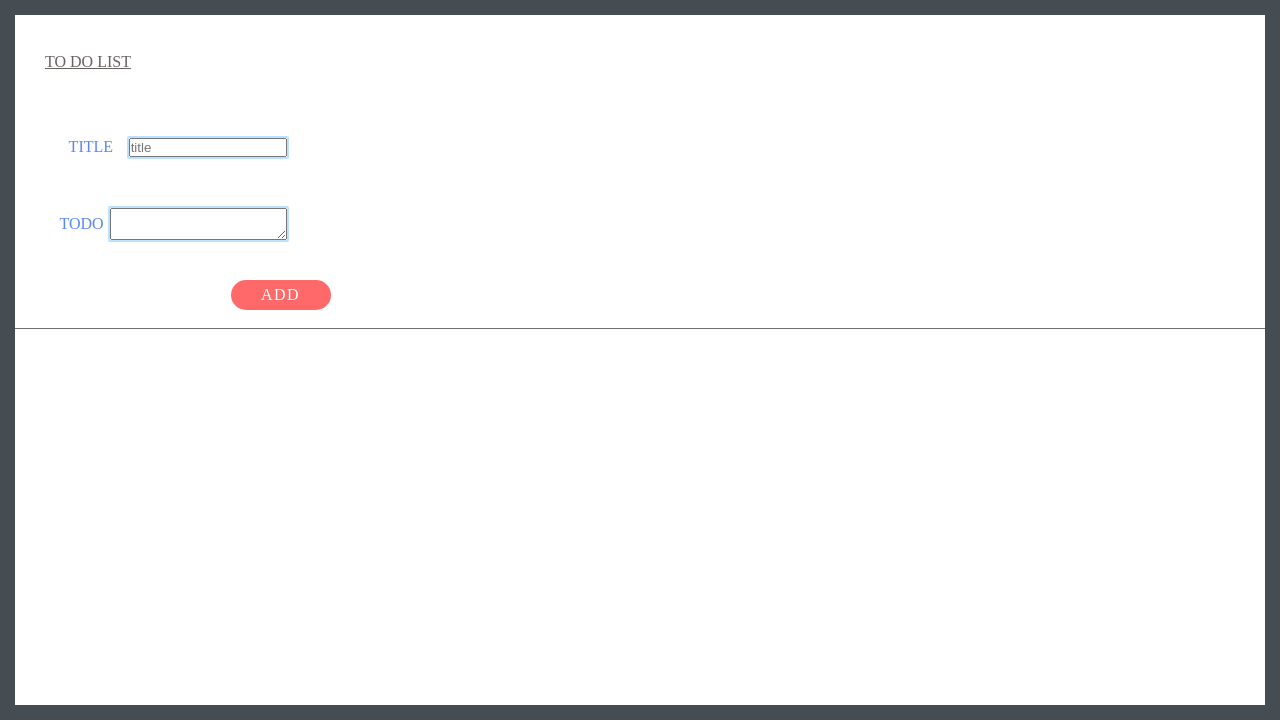
Repository: NagataRyuji0630/shinjin-otameshi
Page: todo_white_board.html
These files come from the project's save history. The page is drawn as it stood at one moment and after the next save; the edit follows.
The browser window is 1280 px wide. The pictures show the whole page.

Above is the page before, as saved 2020-06-11 23:11:56.
Not found: todoWhiteBoard.js

### todo_white_board.html
<!DOCTYPE html>
<html lang="ja">

<head>
    <meta charset="UTF-8">
    <meta name="viewport" content="width=device-width, initial-scale=1.0">
    <meta http-equiv="X-UA-Compatible" content="ie=edge">
    <link rel="stylesheet" href="./todo_white_board.css">
    <script src="./constants.js"></script>
    <script src="./domAction.js"></script>
    <script src="./todoWhiteBoard.js"></script>
    <title>Todo White Board</title>
</head>

<body>
    <div class="white_board display_flex_justify direction_colum">

        <div id="board_title_container" class="display_flex_align">
            <div id="board_title">TO DO LIST</div>
        </div>

        <div id="form_container" class="display_flex_justify direction_colum">

            <div class="input_content display_flex_all direction_row">
                <div class="input_title display_flex_all">TITLE</div>
                <div class="blue_form display_flex_all">
                    <input id="todo_title" type="text" placeholder="title" />
                </div>
            </div>

            <div class="input_content display_flex_all direction_row">
                <div class="input_title display_flex_all">TODO</div>
                <div class="blue_form display_flex_all">
                    <textarea id="todo_detail"></textarea>
                </div>

            </div>

            <div id="btn_container" class="display_flex_align">
                <div class="btn red_btn display_flex_all" id="todo_add_btn">
                    <div class="btn_text">ADD</div>
                </div>
            </div>
        </div>

        <div id="todo_list_container"></div>
    </div>
</body>

</html>

### todo_white_board.css
* {
    margin: 0px;
    padding: 0px;
    box-sizing: border-box;
}

body, html {
    width: 100%;
    height: 100%;
    font-size: 16px;
    overflow-x: hidden;
}

.display_flex_all {
    display: flex;
    justify-content: center;
    align-items: center;
}

.display_flex_justify {
    display: flex;
    justify-content: center;
}

.display_flex_align {
    display: flex;
    align-items: center;
}

.direction_colum {
    flex-direction: column;
}

.direction_row {
    flex-direction: row;
}

.white_board {
    width: 100%;
    height: 100%;
    border: 15px solid #454D53;
}

#board_title_container {
    width: auto;
    height: 15%;
    padding-left: 30px;
}

#board_title {
    text-align: center;
    text-decoration: underline;
    font: Bold 50px;
    letter-spacing: 0px;
    color: #696060;
}

#form_container {
    width: 100%;
    height: 35%;
    padding: 0px 40px;
    border-bottom: 1px solid #707070;
}

.input_content {
    width: 20%;
    height: 35%;
}

.input_title {
    width: 35%;
    height: 100%;
    text-align: center;
    font: Bold 20px;
    letter-spacing: 0px;
    color: #5887F9;
}

.blue_form {
    background: #F1F9FF 0% 0% no-repeat padding-box;
    border: 2px solid #BCE0FD;
    border-radius: 2px;
}

#todo_title {
    text-align: left;
    width: 100%;
    height: 100%;
}

#todo_detail {
    text-align: left;
    font: Bold 20px;
    letter-spacing: 0px;
    color: #5887F9;
}

#btn_container {
    width: 100%;
    height: 30%;
}

.btn {
    width: 100px;
    height: 30px;
    border-radius: 24px;
}

.red_btn {
    background-color: #FF6969;
}

#todo_add_btn {
    position: relative;
    left: 15%
}

.btn_text {
    text-align: center;
    font: Bold 24px;
    letter-spacing: 1.44px;
    color: #FFFFFF;
}

#todo_list_container {
    width: 100%;
    height: 60%;
}

Loaded but not shown: constants.js (no stored copy; drawn as an empty file); domAction.js (no stored copy; drawn as an empty file)

After the next save:
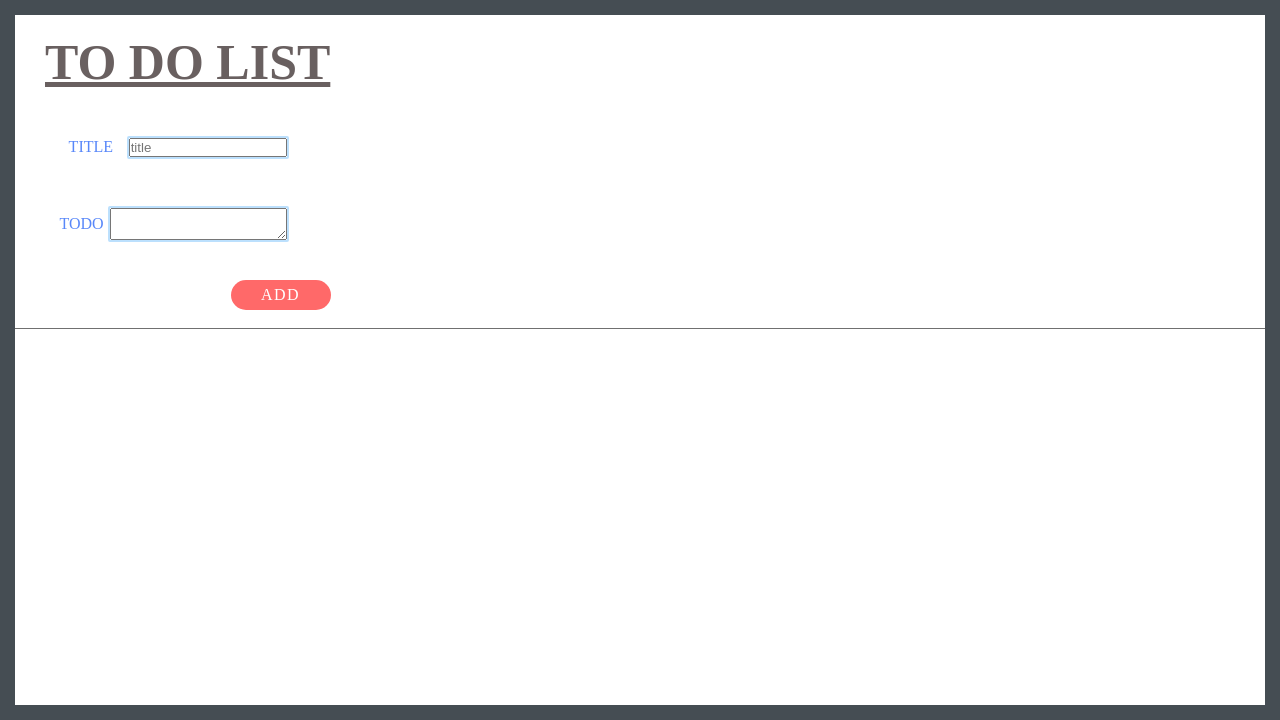
Saved 94 s later.
--- a/todo_white_board.css
+++ b/todo_white_board.css
@@ -50,7 +50,8 @@
 #board_title {
     text-align: center;
     text-decoration: underline;
-    font: Bold 50px;
+    font-size: 50px;
+    font-weight: bold;
     letter-spacing: 0px;
     color: #696060;
 }
